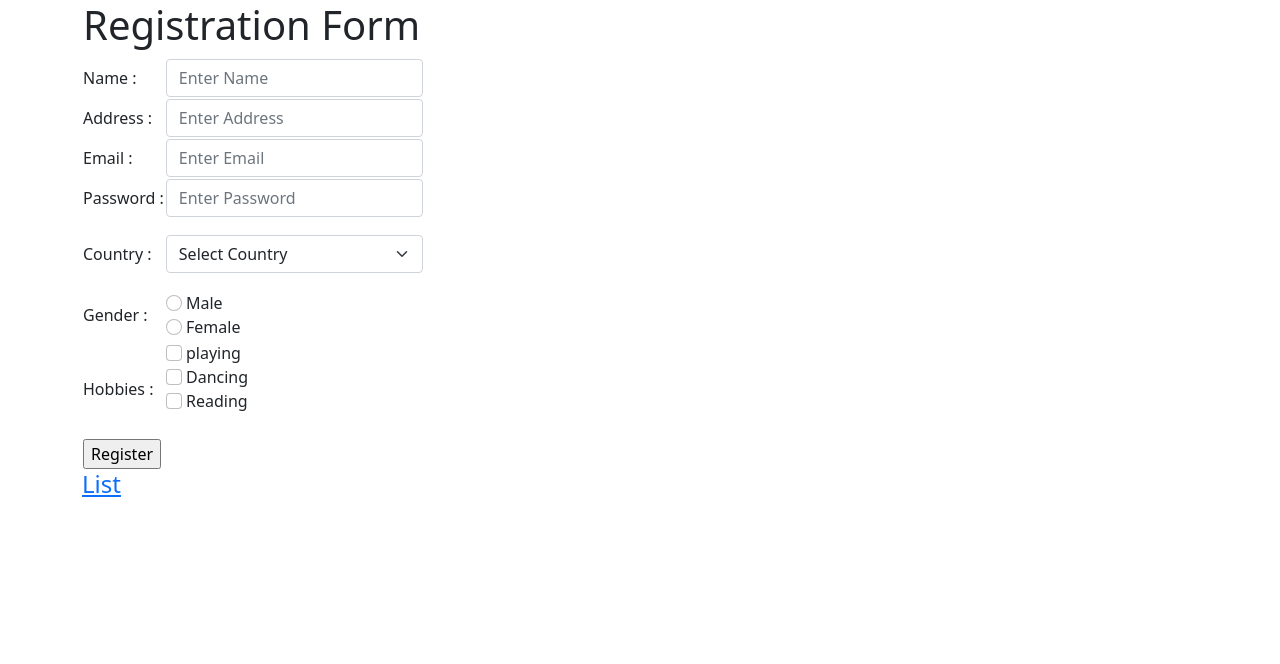
Repository: testuser85495/Java-Practical
Page: http://localhost/First_demo/
These files come from the project's save history. The page is drawn as it stood at one moment and after the next save; the edit follows.
The browser window is 1280 px wide. The pictures show the whole page.
The page is served by Tomcat 9.

Above is the page before, as saved 2024-07-23 13:28:56.

After the next save:
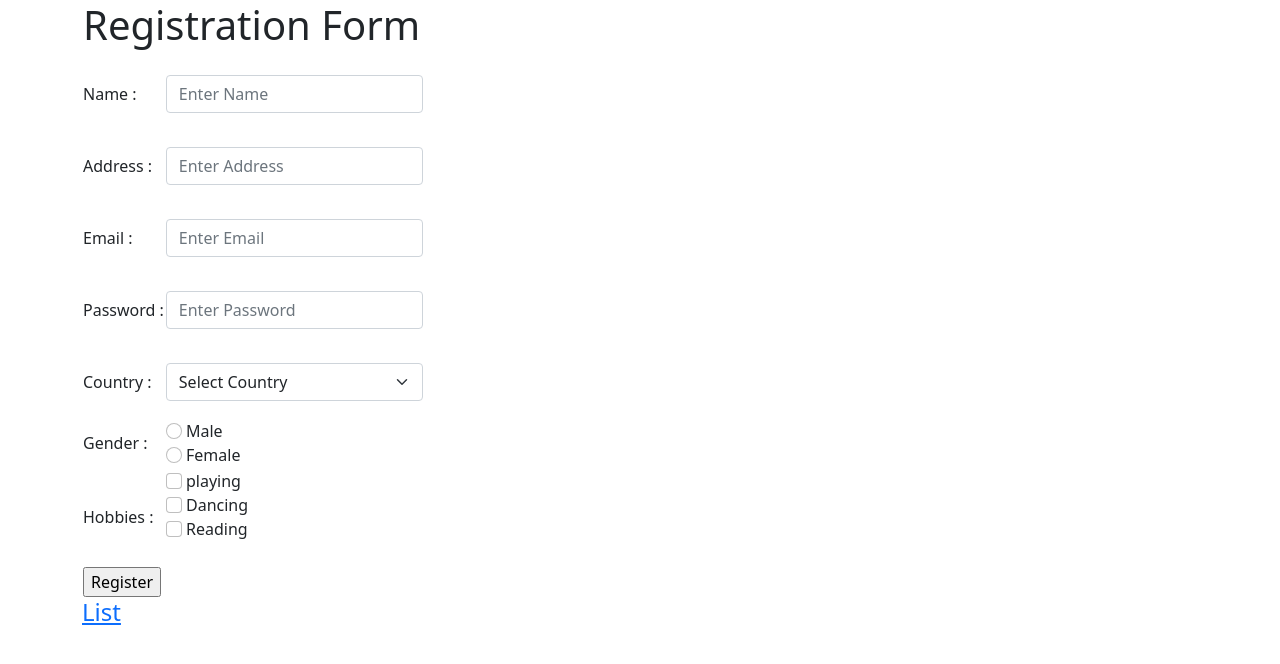
Saved 33 s later.
--- a/First_demo/src/main/webapp/index.jsp
+++ b/First_demo/src/main/webapp/index.jsp
@@ -34,26 +34,26 @@
 				</tr>
 				<tr>
 					<td><label>Name : </label></td>
-					<td><input type="text" name="name" placeholder="Enter Name" class="form-control"
+					<td><input type="text" name="name" placeholder="Enter Name" class="form-control my-3"
 						required="required"></td>
 				</tr>
 
 				<tr>
 					<td><label>Address : </label></td>
 					<td><input type="text" name="address"
-						placeholder="Enter Address" required="required" class="form-control"></td>
+						placeholder="Enter Address" required="required" class="form-control my-3"></td>
 				</tr>
 
 
 				<tr>
 					<td><label>Email : </label></td>
 					<td><input type="email" name="email" placeholder="Enter Email"
-						required="required" class="form-control"></td>
+						required="required" class="form-control my-3"></td>
 				</tr>
 				<tr>
 					<td><label>Password : </label></td>
 					<td><input type="password" name="password"
-						placeholder="Enter Password" required="required" class="form-control"></td>
+						placeholder="Enter Password" required="required" class="form-control my-3"></td>
 				</tr>
 
 				<tr>
@@ -69,7 +69,7 @@
 
 				<tr>
 					<td><label>Gender : </label></td>
-					<td><input type="radio" name="gender" value="male" class="form-check-input">
+					<td><input type="radio" name="gender" value="male" class="form-check-input ">
 						Male<br> <input type="radio" name="gender" value="female" class="form-check-input">
 						Female<br></td>
 				</tr>
